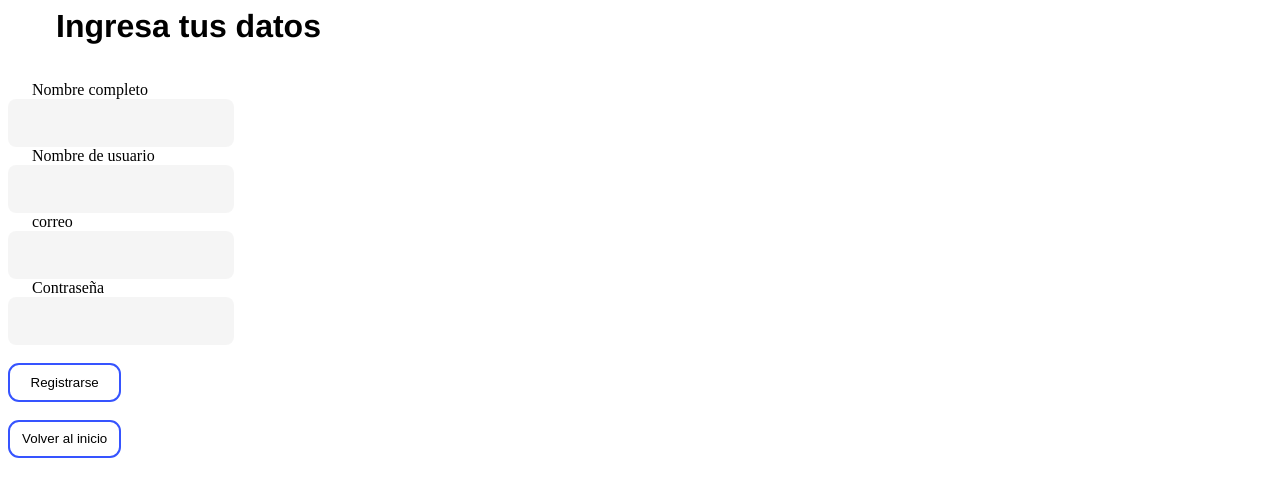
Repository: NighelG/Proyecto-de-verificacion-de-asistencia
Page: ProyectoAsistencia/public/pages/registro.html
These files come from the project's save history. The page is drawn as it stood at one moment and after a run of saves; the edit follows.
The browser window is 1280 px wide. The pictures show the whole page.

Above is the page before, as saved 2025-08-27 18:38:08.
Console error: TypeError: Cannot read properties of null (reading 'addEventListener')

After the next 6 saves:
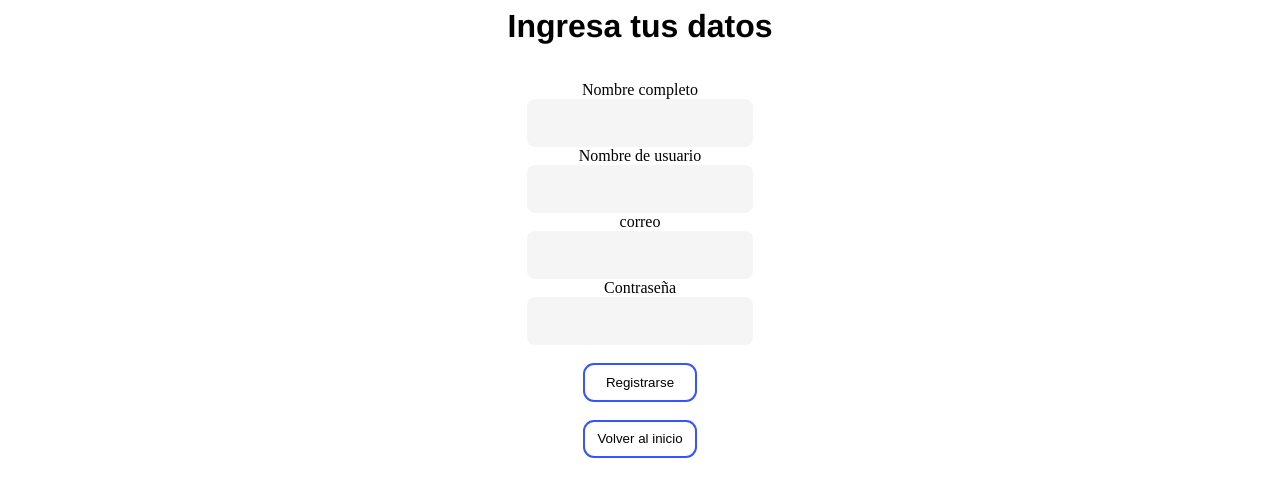
The 6 saves are shown as one change because they came seconds apart.
The last was saved 14 s later.
--- a/ProyectoAsistencia/public/css/index.css
+++ b/ProyectoAsistencia/public/css/index.css
@@ -1,5 +1,6 @@
 body{
-    al
+    text-align: center;
+    place-items: ;
 }
 
 .button {
